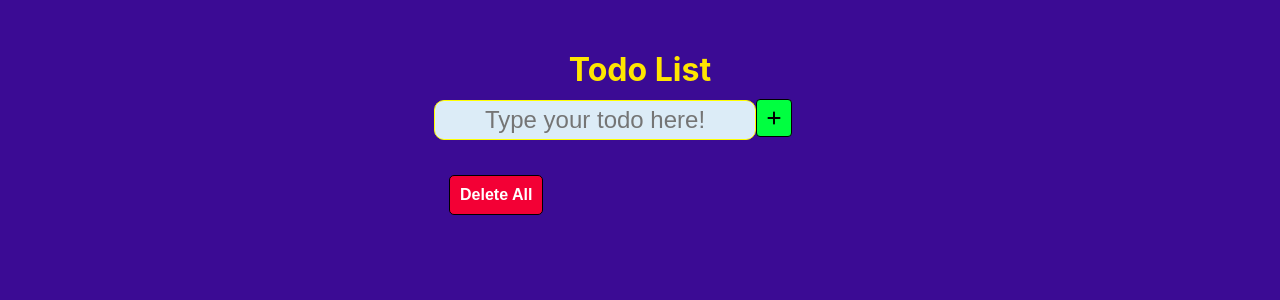
Repository: badhon252/todo-app
Page: /
These files come from the project's save history. The page is drawn as it stood at one moment and after the next save; the edit follows.
The browser window is 1280 px wide. The pictures show the whole page.
The project was rebuilt for these pictures with package versions that can differ from the ones it lists, and the page was loaded fresh each time.

Above is the page before, as saved 2022-01-26 17:35:16.

### public/index.html
<!DOCTYPE html>
<html lang="en">

<head>
  <meta charset="utf-8" />
  <link rel="icon" href="%PUBLIC_URL%/favicon.ico" />
  <meta name="viewport" content="width=device-width, initial-scale=1" />
  <meta name="theme-color" content="#000000" />
  <meta name="description" content="Web site created using create-react-app" />
  <link rel="apple-touch-icon" href="%PUBLIC_URL%/logo192.png" />

  <link rel="manifest" href="%PUBLIC_URL%/manifest.json" />

  <link rel="stylesheet" href="https://cdnjs.cloudflare.com/ajax/libs/font-awesome/5.15.4/css/all.min.css"
    integrity="sha512-1ycn6IcaQQ40/MKBW2W4Rhis/DbILU74C1vSrLJxCq57o941Ym01SwNsOMqvEBFlcgUa6xLiPY/NS5R+E6ztJQ=="
    crossorigin="anonymous" referrerpolicy="no-referrer" />
  <title>React App</title>
</head>

<body>
  <noscript>You need to enable JavaScript to run this app.</noscript>
  <div id="root"></div>
  <!--
      This HTML file is a template.
      If you open it directly in the browser, you will see an empty page.

      You can add webfonts, meta tags, or analytics to this file.
      The build step will place the bundled scripts into the <body> tag.

      To begin the development, run `npm start` or `yarn start`.
      To create a production bundle, use `npm run build` or `yarn build`.
    -->
</body>

</html>

### src/App.js
import Todo from "./components/Todo";

function App() {
  return (
    <div className="App">
      <Todo />
    </div>
  );
}

export default App;

### src/components/Todo.js
import React, { useState } from "react";
import { FontAwesomeIcon } from "@fortawesome/react-fontawesome";
import { faPlus, faTrash, faEdit } from "@fortawesome/free-solid-svg-icons";
import "../Styles/style.css";

export default function Todo() {
  const [inputItems, setInputItems] = useState("");
  const [todo, setTodo] = useState([]);

  const addItems = () => {
    if (!inputItems) {
      alert("Your input field is blank!!");
    } else {
      const myNewInput = {
        id: new Date().getTime().toString(),
        name: inputItems,
      };
      setTodo((e) => [...todo, myNewInput]);
      setInputItems("");
    }
  };

  const handleClick = (index) => {
    const updateItems = todo.filter((current) => {
      return current.id !== index;
    });
    setTodo(updateItems);
  };

  return (
    <div className="main-div">
      <h1>Todo List</h1>
      <div className="inputs">
        <input
          type="text"
          name=""
          id="input-box"
          placeholder="Type your todo here!"
          value={inputItems}
          onChange={(e) => setInputItems(e.target.value)}
        />
        <FontAwesomeIcon icon={faPlus} className="add-btn" onClick={addItems} />

        {/* <button type="submit" className="add-btn" onClick={addItems}>
          Add
        </button> */}
      </div>
      {/* showing items =============== */}
      <div className="show-items">
        {todo.map((currentItems) => {
          return (
            <div key={currentItems.id}>
              <li className="todo-item">
                {currentItems.name}
                <FontAwesomeIcon icon={faEdit} className="icon edit" />
                <FontAwesomeIcon
                  icon={faTrash}
                  className="icon delete"
                  onClick={() => handleClick(currentItems.id)}
                />
              </li>
            </div>
          );
        })}
        <input
          type="button"
          value="Delete All"
          className="delete-all"
          onClick={() => setTodo([])}
        />
      </div>
    </div>
  );
}

### src/Styles/style.css
* {
  margin: 0;
  padding: 0;
  background-color: #3b0b94;
}

.main-div {
  padding-top: 50px;
  margin: auto;
  /* text-align: center; */
  width: 27rem;
}
h1 {
  color: #ffe600;
  text-align: center;
}
#input-box {
  color: #000000;
  padding: 5px;
  font-size: 1.5rem;
  border: 1px solid yellow;
  background-color: #dcecf7;
  border-radius: 10px;
  text-align: center;
}
.inputs {
  margin: 10px;
}

.add-btn {
  padding: 10px;
  background-color: rgb(0, 255, 64);
  color: rgb(0, 0, 0);
  border: 1px solid rgb(0, 0, 0);
  font-weight: 700;
  font-size: 1rem;
  border-radius: 4px;
  cursor: pointer;
  margin-bottom: -7px;
}

.icon {
  margin: 0 10px;
  border-radius: 5px;
  cursor: pointer;
  /* background-color: rgb(0, 255, 34); */
  /* color: rgb(0, 0, 0); */
  /* border: 1px solid black; */
  /* font-weight: 700; */
}
.todo-item {
  /* background-color: #5b0080; */
  padding: 5px;
  color: white;
  font-size: 20px;
  font-weight: 700;
}

.delete:hover {
  color: red;
}
.edit:hover {
  color: rgb(0, 255, 0);
}

.delete-all {
  background-color: rgb(243, 0, 53);
  color: rgb(255, 255, 255);
  font-weight: 600;
  border: 1px solid black;
  border-radius: 5px;
  font-size: 1rem;
  padding: 10px;
  margin: 25px;
  cursor: pointer;
}
li {
  background-color: #2b007c;
  margin: 2px;
}

Loaded but not shown: src/index.js (common file); src/index.css (common file); src/reportWebVitals.js (common file)

After the next save:
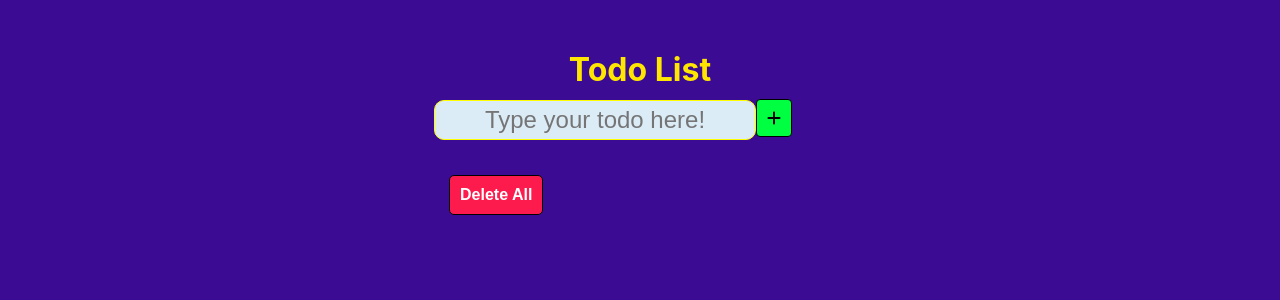
Saved 16 s later.
--- a/src/Styles/style.css
+++ b/src/Styles/style.css
@@ -64,7 +64,7 @@ h1 {
 }
 
 .delete-all {
-  background-color: rgb(243, 0, 53);
+  background-color: rgb(252, 27, 76);
   color: rgb(255, 255, 255);
   font-weight: 600;
   border: 1px solid black;
